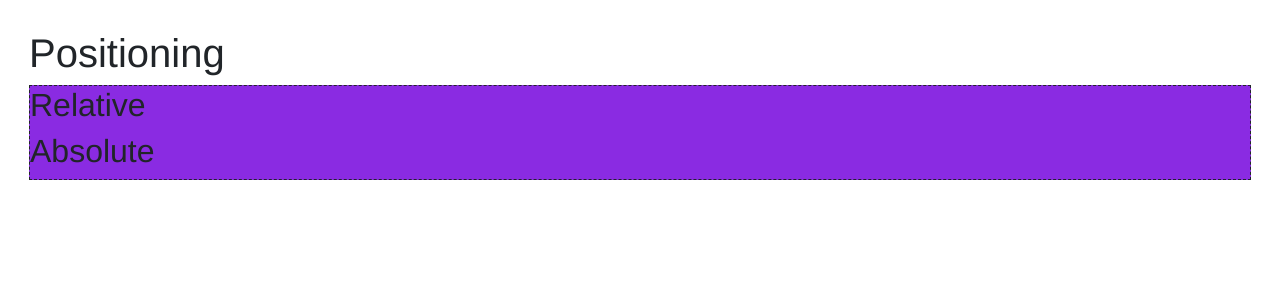
Repository: alboss/bit-175
Page: docs/positioning.html
An editor plug-in stored every save of this project. The page is shown before and after the next save, followed by the edit.
The browser window is 1280 px wide. The pictures show the whole page.

Above is the page before, as saved 2023-04-24 11:35:37.

After the next save:
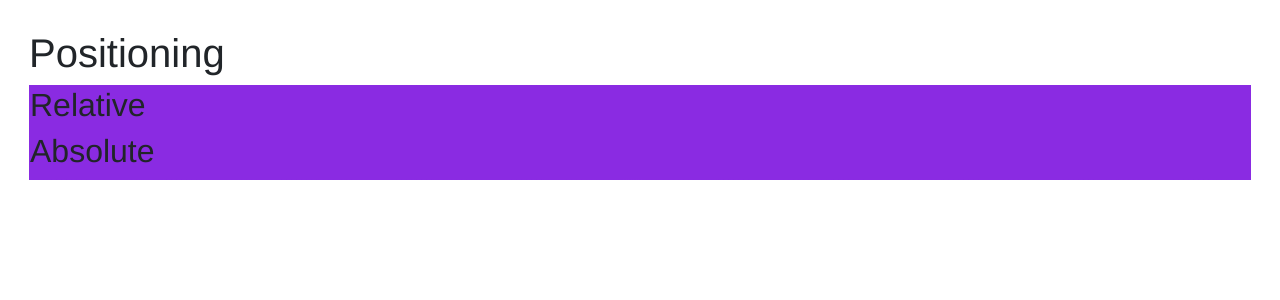
Saved 6 s later.
--- a/docs/positioning.html
+++ b/docs/positioning.html
@@ -26,7 +26,7 @@
         padding: 2em;
       }
       main {
-        border: 1px dashed;
+        border: 1px dashed blueviolet;
         background-color: blueviolet;
       }
     </style>
